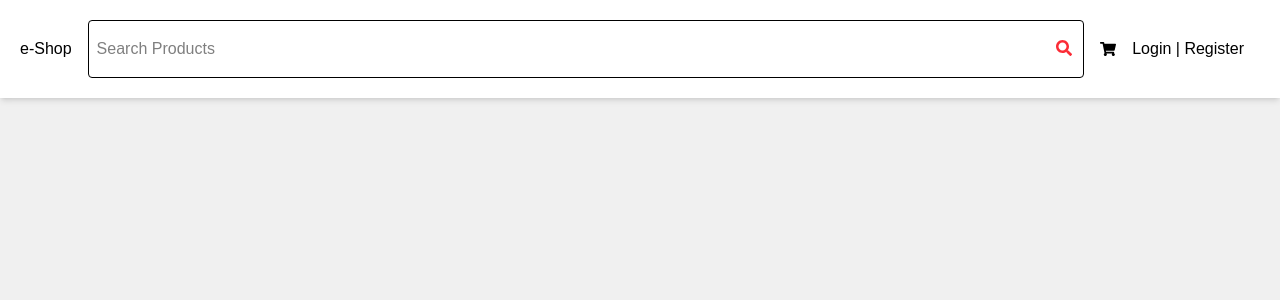
Repository: EmmyDunny1/frontend-ecommerce
Page: /
An editor plug-in stored every save of this project. The page is shown before and after a run of saves, followed by the edit.
The browser window is 1280 px wide. The pictures show the whole page.
The project was rebuilt for these pictures with package versions that can differ from the ones it lists, and the page was loaded fresh each time. Also part of the build but not shown: vite.config.js.

Above is the page before, as saved 2025-05-09 12:13:09.

### src/App.jsx


import React from 'react';
import { BrowserRouter, Routes, Route} from 'react-router-dom'
import Navbar from './components/Navbar'
import Footer from './components/Footer'
import Home from './pages/Home'
import './App.css';

function App() {

  return (
   <BrowserRouter>
   <Navbar/>
   <Routes>
    <Route path='/' element={<Home/>}>

    </Route>
   </Routes>
   <Footer/>
   </BrowserRouter>

  )
}

export default App

### src/components/Navbar.jsx
import React from 'react'
import { Link } from 'react-router-dom'
import { FaSearch, FaShoppingCart, FaUser } from 'react-icons/fa'

const Navbar = () => {
  return (
    <nav className='shadow-md bg-white'>
      <div className='container flex mx-auto px-4 md:px-16px lg:px-24px justify-between items-center'>
        <div>
          <Link to='/'>e-Shop</Link>
        </div>
        <div className='relative flex-1 mx-4'>
          <form>
            <input type="text" placeholder='Search Products' className='w-full  border rounded px-2 py-4' />
            <FaSearch className='absolute top-5 right-3 text-red-500'/>
          </form>
        </div>
        <div className='flex items-center space-x-4'>
          <Link to='/Cart'><FaShoppingCart/></Link>
          <button className='hidden md:block'>Login | Register</button>
          <button className='block md:hidden'><FaUser/> </button>
        </div>
      </div>

      {/* Navigation header */}
      <div>


      </div>
    </nav>

  )
}

export default Navbar

### src/pages/Home.jsx
import React from 'react'

const Home = () => {
  return (
    <div>
      <div>
        <div>
          <div>
            <div></div>
          </div>
        </div>
      </div>
    </div>
  )
}

export default Home

### src/App.css
/* filepath: c:\Users\USER\Desktop\My Deelopment Projects\E-COMMERCE\e-commerce-website\src\App.css */
body {
    margin: 0;
    font-family: Arial, sans-serif;
    background-color: #f0f0f0;
  }

  .container {
    padding: 20px;
  }

Loaded but not shown: index.html (common file); src/main.jsx (common file); src/index.css (common file); src/components/Footer.jsx (common file)

After the next 3 saves:
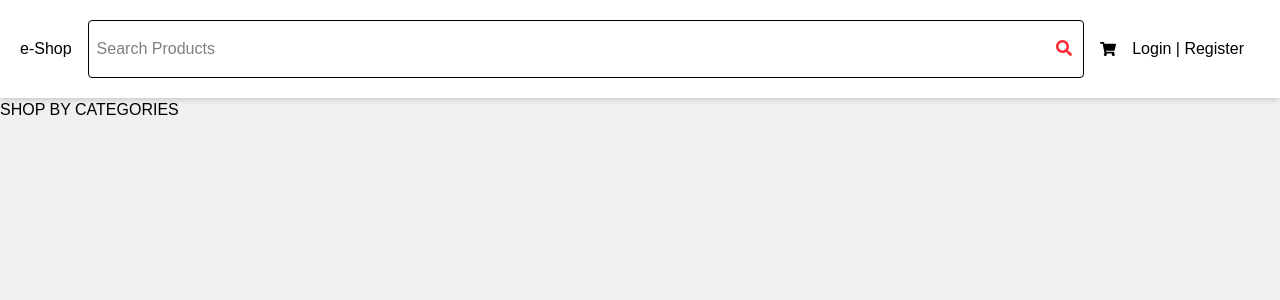
The 3 saves are shown as one change because they came seconds apart.
The last was saved 13 s later.
--- a/src/pages/Home.jsx
+++ b/src/pages/Home.jsx
@@ -6,7 +6,7 @@ const Home = () => {
       <div>
         <div>
           <div>
-            <div></div>
+            <div>SHOP BY CATEGORIES</div>
           </div>
         </div>
       </div>
